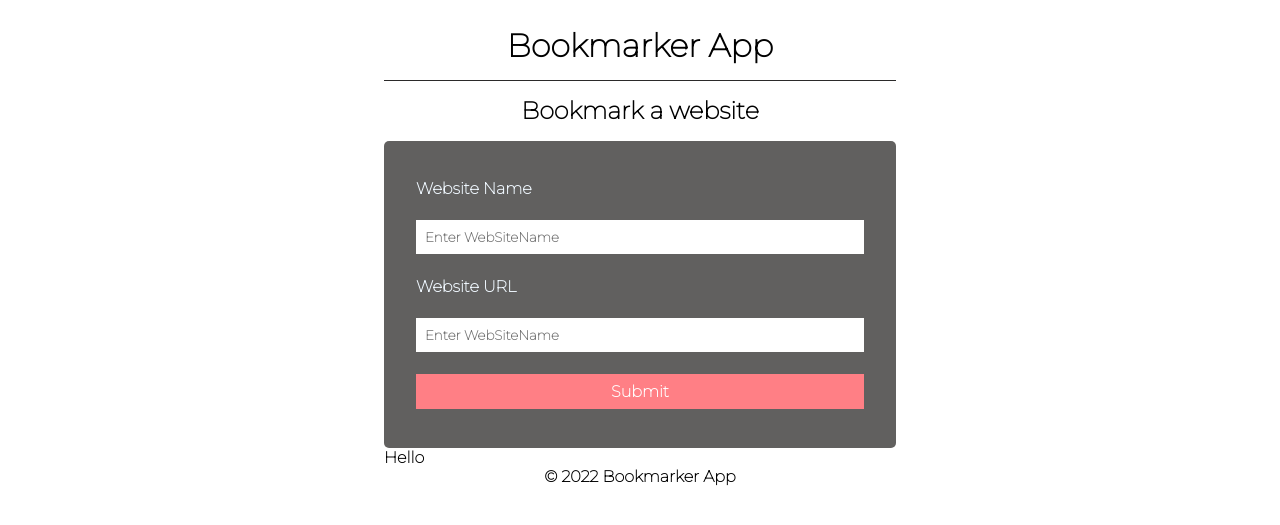
Repository: Suporl9/BookMarkerApp
Page: index.html
These files come from the project's save history. The page is drawn as it stood at one moment and after the next save; the edit follows.
The browser window is 1280 px wide. The pictures show the whole page.

Above is the page before, as saved 2021-11-21 21:22:58.

After the next save:
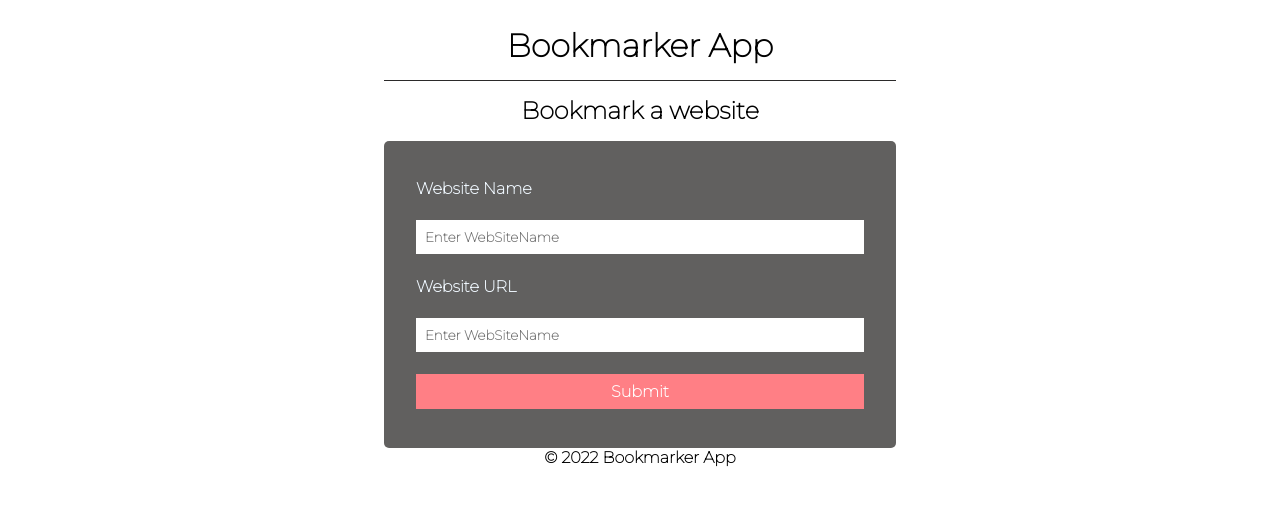
Saved 18 s later.
--- a/index.html
+++ b/index.html
@@ -36,7 +36,7 @@
               </div>
             </form>
           </div>
-          <div class="toBeAdded">Hello</div>
+          <div class="toBeAdded"></div>
           <footer class="footer">
             <p>&copy; 2022 Bookmarker App</p>
           </footer>
